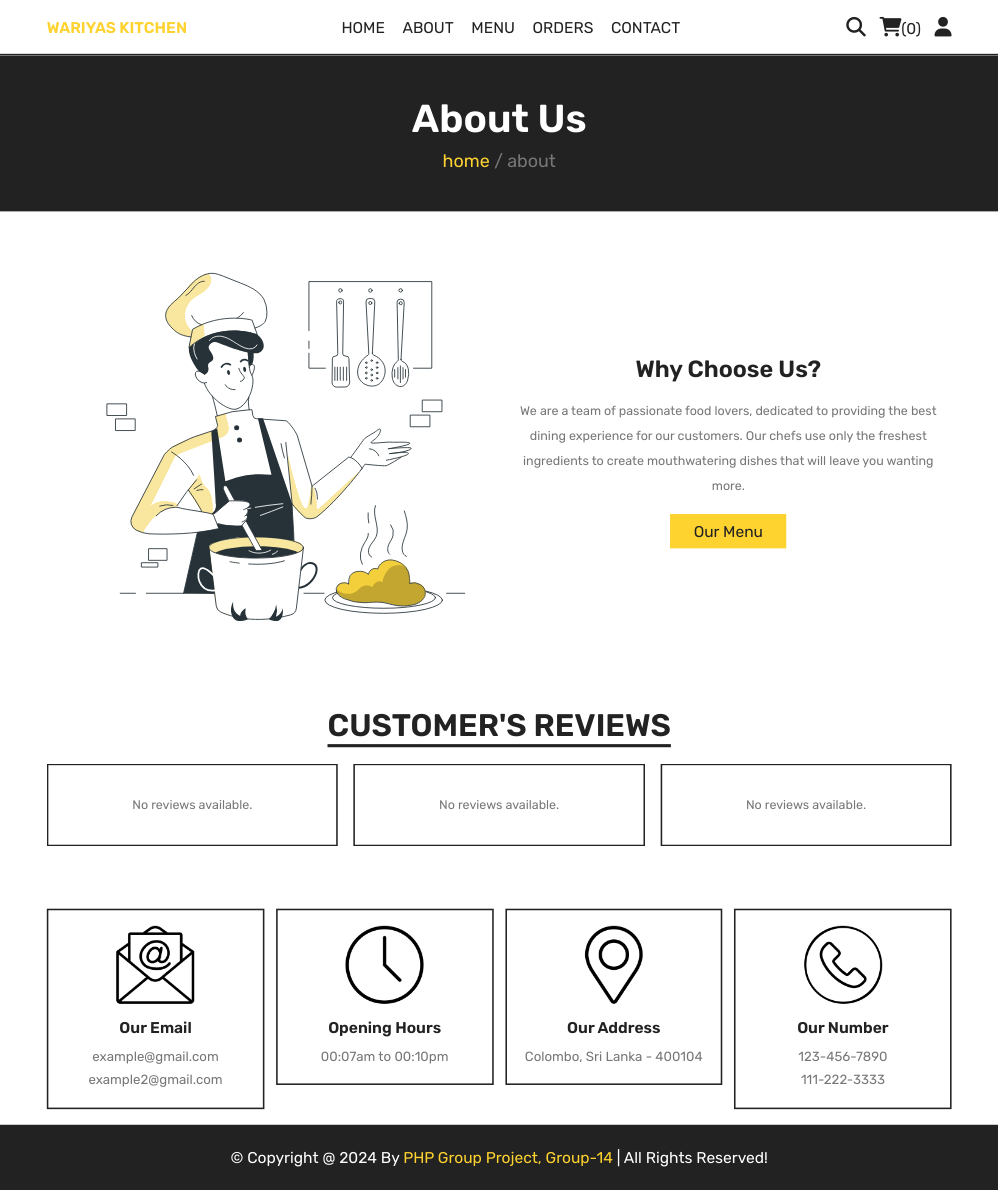
Repository: navodniwarshana/food_order_site
Page: http://localhost/about.php
An editor plug-in stored every save of this project. The page is shown before and after the next save, followed by the edit.
The browser window is 1280 px wide. The pictures show the whole page, at 78% of full size.
Some web libraries are served in a nearby version. The page is run by PHP 8.4 with error messages shown; the project is at /var/www/html/. Queries for data that is not in the repository find no rows.

Above is the page before, as saved 2024-09-28 19:26:52.
Console error: TypeError: Cannot read properties of null (reading 'style')

After the next save:
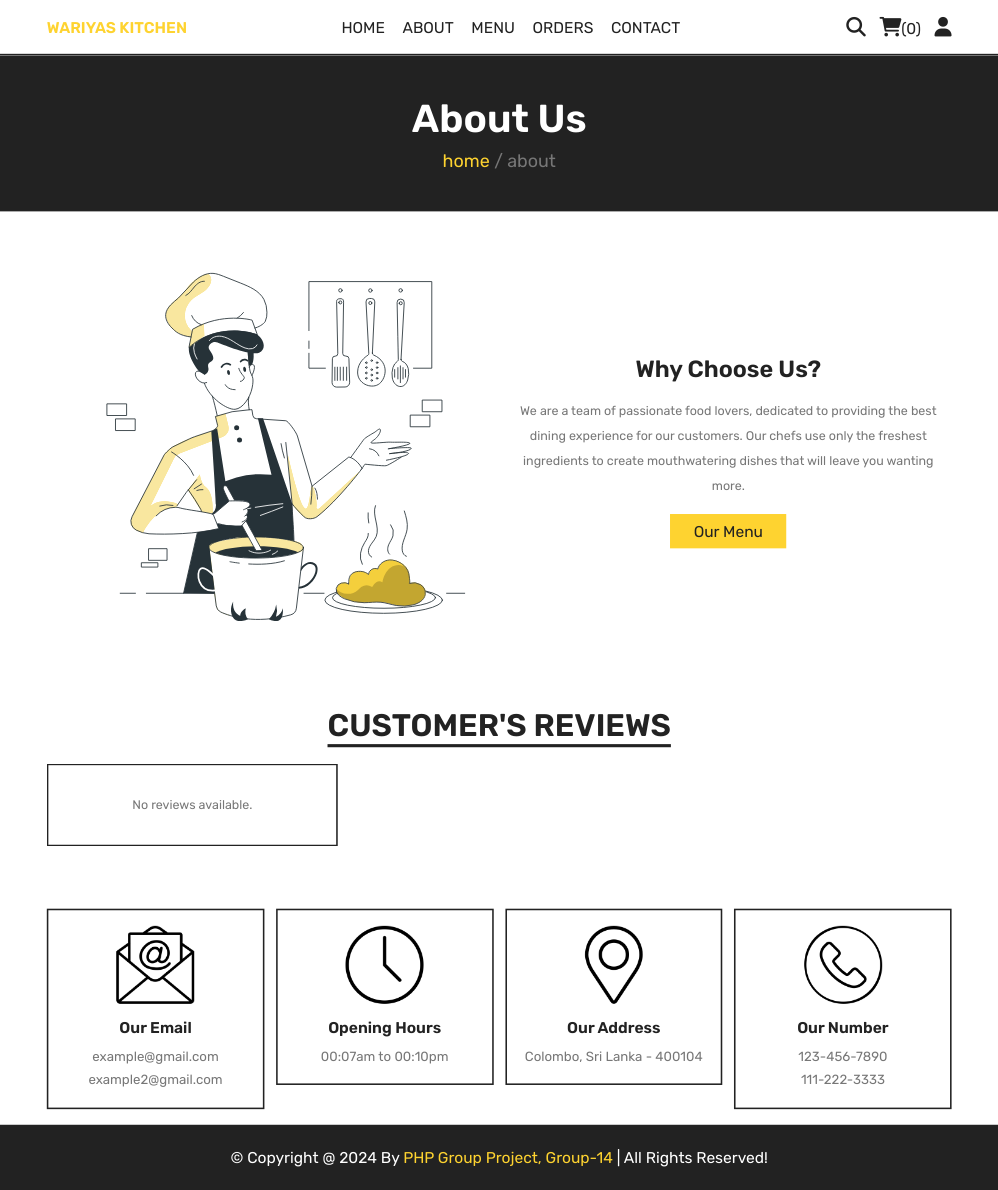
Saved 16 s later.
--- a/about.php
+++ b/about.php
@@ -113,7 +113,7 @@ if (isset($_SESSION['user_id'])) {
 
    <script>
       var swiper = new Swiper(".reviews-slider", {
-         loop: true,
+         // loop: true,
          grabCursor: true,
          spaceBetween: 20,
          pagination: {
